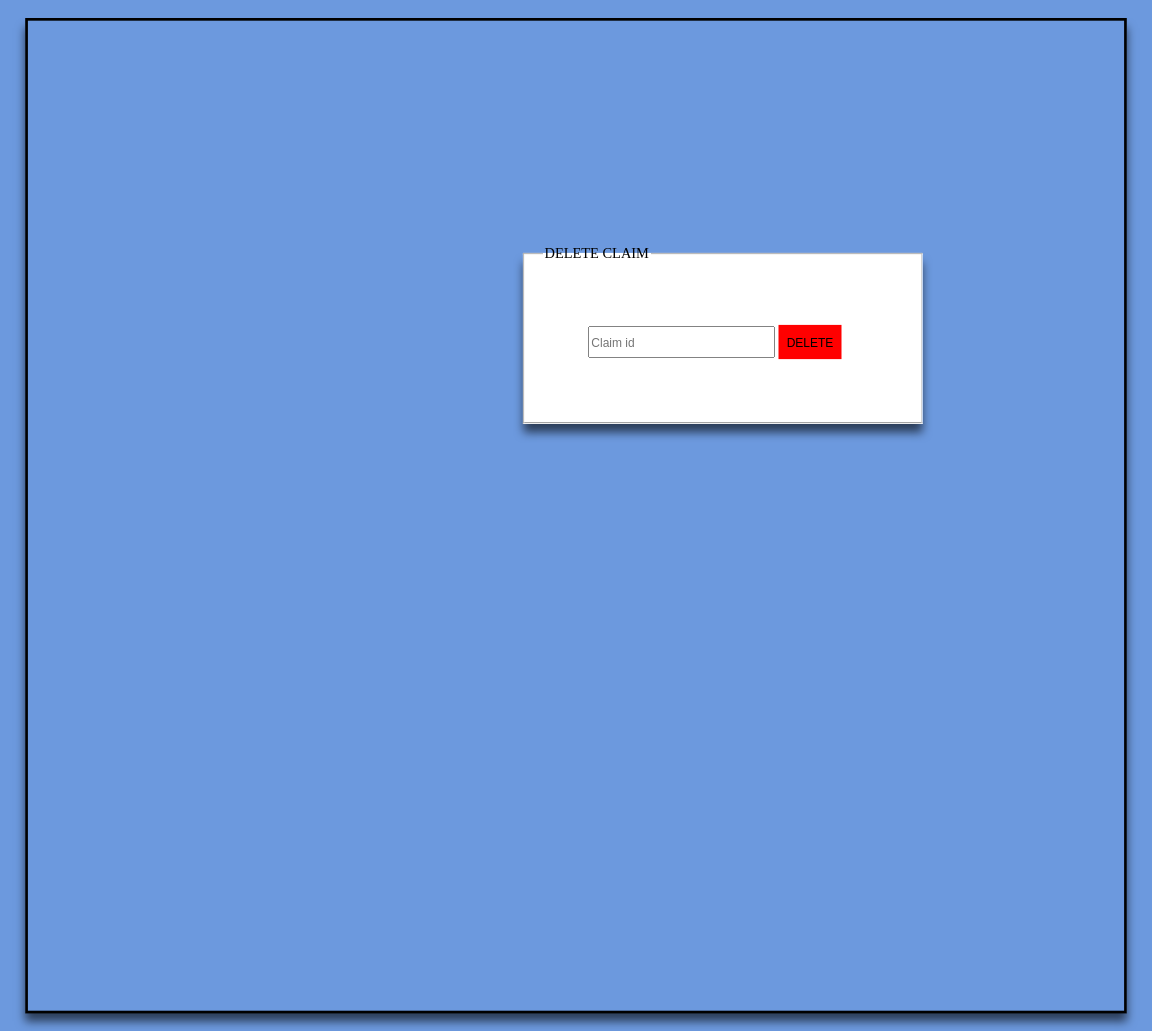
Repository: Nihara-R/Vehicle-Insurance-Portal
Page: http://localhost/delete_claim.php
An editor plug-in stored every save of this project. The page is shown before and after the next save, followed by the edit.
The browser window is 1280 px wide. The pictures show the whole page, at 90% of full size.
The page is run by PHP 8.4 with error messages shown; the project is at /var/www/html/.

Above is the page before, as saved 2023-06-29 08:55:20.

### delete_claim.php
<!DOCTYPE html>
<html lang="en" dir="ltr">
  <head>
    <meta charset="utf-8">
    <title></title>
    <link rel="stylesheet" href="css/deletuser.css">
  </head>
  <body>
    <div class="deletebox">
    <fieldset>
<legend>DELETE CLAIM</legend>

    <form class="" action="include/delet_claim.inc.php" method="post">

      <input type="text" name="id" value="" placeholder="Claim id" class="textbox">

      <input type="submit" name="submit" value="DELETE" class="button">

</fieldset>
</div>
    </form>

  </body>
</html>

### css/deletuser.css
body{
  background: #6C99DE;
}
form{
margin: 50px;
}
.deletebox{
  margin: 20px;
  padding: 50px;
  height: 1000px;
  border: 3px solid black;
  box-shadow: 0 10px 10px rgba(0,0, 0, 0.60);
}
fieldset{
  width: 400px;
  padding: 20px;
  align-items: center;
  justify-content: center;
  margin-left: 500px;
  margin-top: 200px;
  box-shadow: 0 10px 10px rgba(0,0, 0, 0.60);
  background: white;
}
.button{
  background: red;
  height: 38px;
  width: 70px;
  border: none;
}
.textbox{
  height: 30px;
  width: 200px;

}

After the next save:
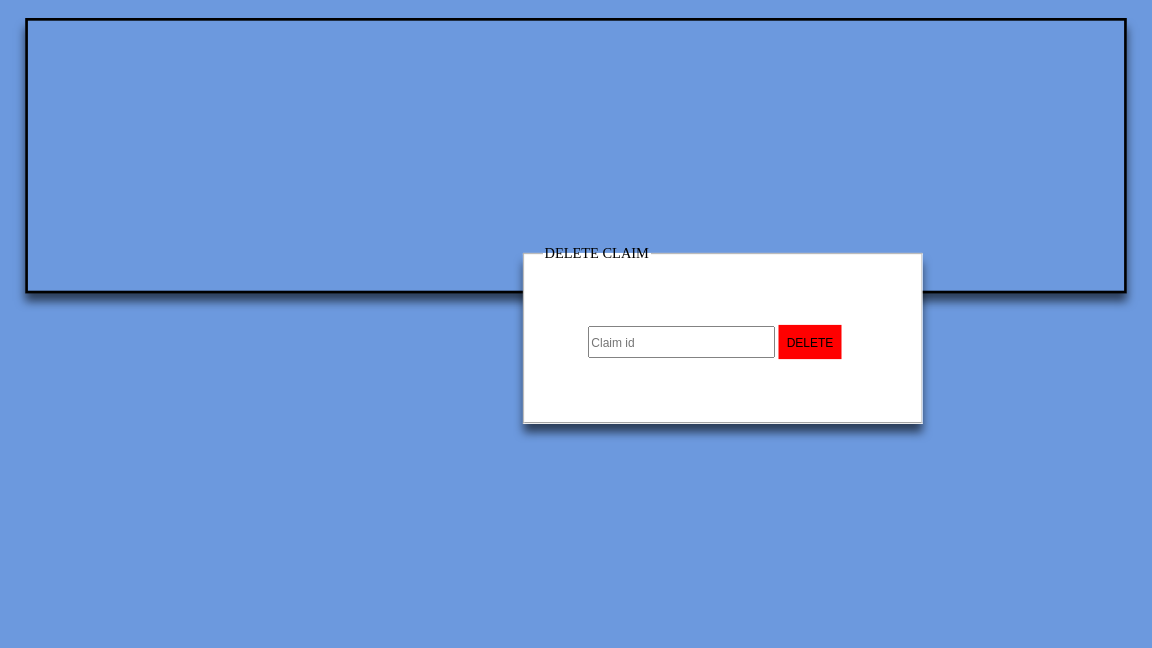
Saved 109 s later.
--- a/css/deletuser.css
+++ b/css/deletuser.css
@@ -7,7 +7,7 @@ margin: 50px;
 .deletebox{
   margin: 20px;
   padding: 50px;
-  height: 1000px;
+  height: 200px;
   border: 3px solid black;
   box-shadow: 0 10px 10px rgba(0,0, 0, 0.60);
 }
